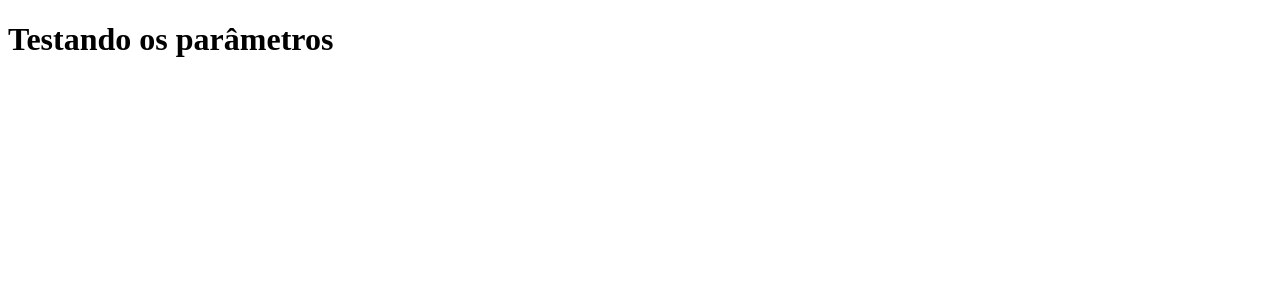
Repository: noceravictor/projetosbs
Page: http://localhost/fj21-agenda/mostra-idade.jsp
These files come from the project's save history. The page is drawn as it stood at one moment and after the next save; the edit follows.
The browser window is 1280 px wide. The pictures show the whole page.
The page is served by Tomcat 9. Other server files are loaded and not shown.

Above is the page before, as saved 2019-03-19 15:37:06.

### fj21-agenda/WebContent/mostra-idade.jsp
<%@ page language="java" contentType="text/html; charset=UTF-8"
    pageEncoding="UTF-8"%>
<!DOCTYPE html>
<html>
<head>
<meta charset="UTF-8">
<title>Mostrar a idade</title>
</head>
<body>
	<h1>Testando os parâmetros</h1>
	<br />
	<br />

</body>
</html>

After the next save:
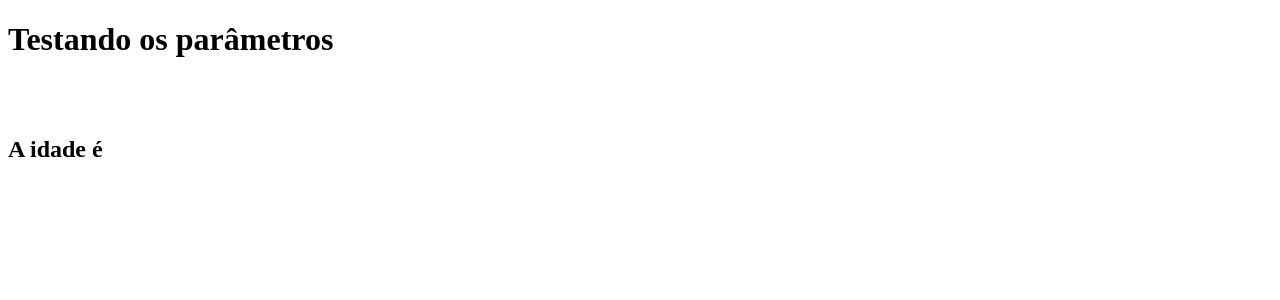
Saved 36 s later.
--- a/fj21-agenda/WebContent/mostra-idade.jsp
+++ b/fj21-agenda/WebContent/mostra-idade.jsp
@@ -10,6 +10,6 @@
 	<h1>Testando os parâmetros</h1>
 	<br />
 	<br />
-
+	<h2>A idade é ${param.idade}</h2>
 </body>
 </html>
